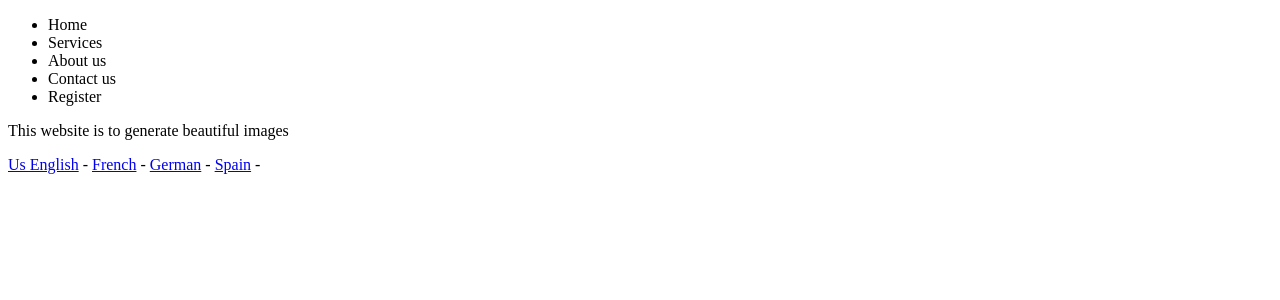
Repository: ZawMinKhantOrLeon/JavaEEWS
Page: http://localhost/jsp_servlet/multi-lang-app.jsp?locale=en_Us
An editor plug-in stored every save of this project. The page is shown before and after the next save, followed by the edit.
The browser window is 1280 px wide. The pictures show the whole page.
The page is served by Tomcat 10. Other server files are loaded and not shown.

Above is the page before, as saved 2024-02-22 07:38:42.

### jsp_servlet/src/main/webapp/multi-lang-app.jsp
<%@ page language="java" contentType="text/html; charset=ISO-8859-1"
    pageEncoding="ISO-8859-1"%>
 <%@ taglib uri="jakarta.tags.core" prefix="c" %>
 <%@ taglib uri="jakarta.tags.fmt" prefix="fmt" %>

 <c:set var="localeParam" value="${not empty param.locale ? param.locale : pageContext.request.locale }" />
 <fmt:setLocale value="${localeParam}" />
 <fmt:setBundle basename="i18n_resource.Language" />
<!DOCTYPE html>
<html>
<head>
<meta charset="ISO-8859-1">
<title>Multi Lang App </title>
</head>
<body>

	<ul>
		<li> <fmt:message key="home" /> </li>
		<li> <fmt:message key="services" /> </li>
		<li> <fmt:message key="aboutus" /> </li>
		<li> <fmt:message key="contactus" /> </li>
		<li> <fmt:message key="register" /> </li>
	</ul>
	<p><fmt:message key="content"/> </p>

	<a href="multi-lang-app.jsp?locale=en_Us">Us English</a> -
	<a href="multi-lang-app.jsp?locale=fr_FR">French</a> -
	<a href="multi-lang-app.jsp?locale=de_DE">German</a> -
	<a href="multi-lang-app.jsp?locale=es_ES">Spain</a> -
</body>
</html>

After the next save:
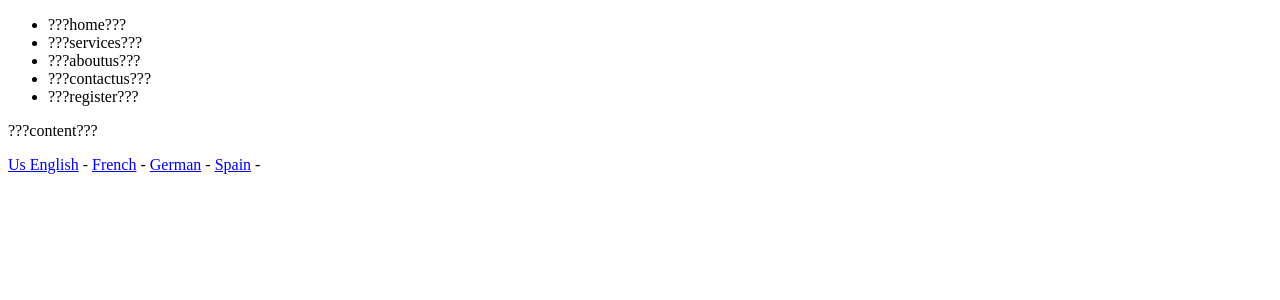
Saved 44 s later.
--- a/jsp_servlet/src/main/webapp/multi-lang-app.jsp
+++ b/jsp_servlet/src/main/webapp/multi-lang-app.jsp
@@ -5,7 +5,7 @@
 
  <c:set var="localeParam" value="${not empty param.locale ? param.locale : pageContext.request.locale }" />
  <fmt:setLocale value="${localeParam}" />
- <fmt:setBundle basename="i18n_resource.Language" />
+ <fmt:setBundle basename="i18n_resource.language" />
 <!DOCTYPE html>
 <html>
 <head>

After the save that followed:
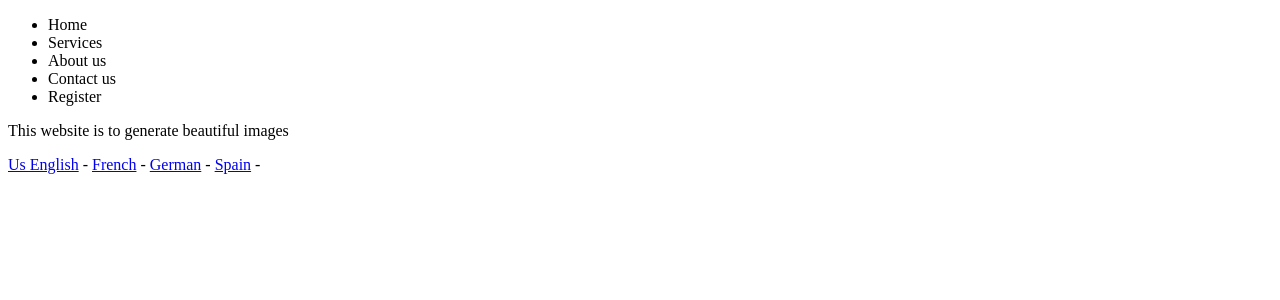
Saved 2 min 20 s later.
--- a/jsp_servlet/src/main/webapp/multi-lang-app.jsp
+++ b/jsp_servlet/src/main/webapp/multi-lang-app.jsp
@@ -5,7 +5,7 @@
 
  <c:set var="localeParam" value="${not empty param.locale ? param.locale : pageContext.request.locale }" />
  <fmt:setLocale value="${localeParam}" />
- <fmt:setBundle basename="i18n_resource.language" />
+ <fmt:setBundle basename="i18n_resource.Language" />
 <!DOCTYPE html>
 <html>
 <head>
@@ -21,7 +21,7 @@
 		<li> <fmt:message key="contactus" /> </li>
 		<li> <fmt:message key="register" /> </li>
 	</ul>
-	<p><fmt:message key="content"/> </p>
+	<p><fmt:message key="content"/></p>
 
 	<a href="multi-lang-app.jsp?locale=en_Us">Us English</a> -
 	<a href="multi-lang-app.jsp?locale=fr_FR">French</a> -
